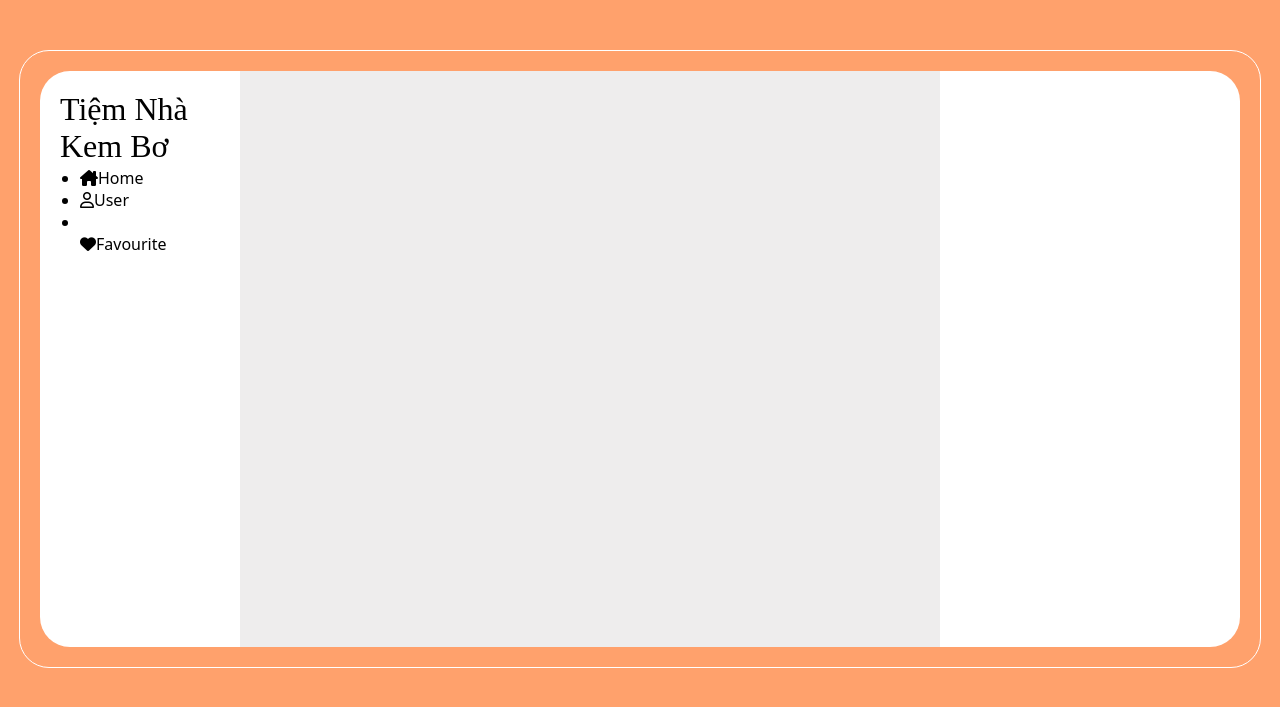
Repository: hnguyeng/tiemnhabo
Page: index.html
These files come from the project's save history. The page is drawn as it stood at one moment and after the next save; the edit follows.
The browser window is 1280 px wide. The pictures show the whole page.

Above is the page before, as saved 2022-12-13 01:00:41.

After the next save:
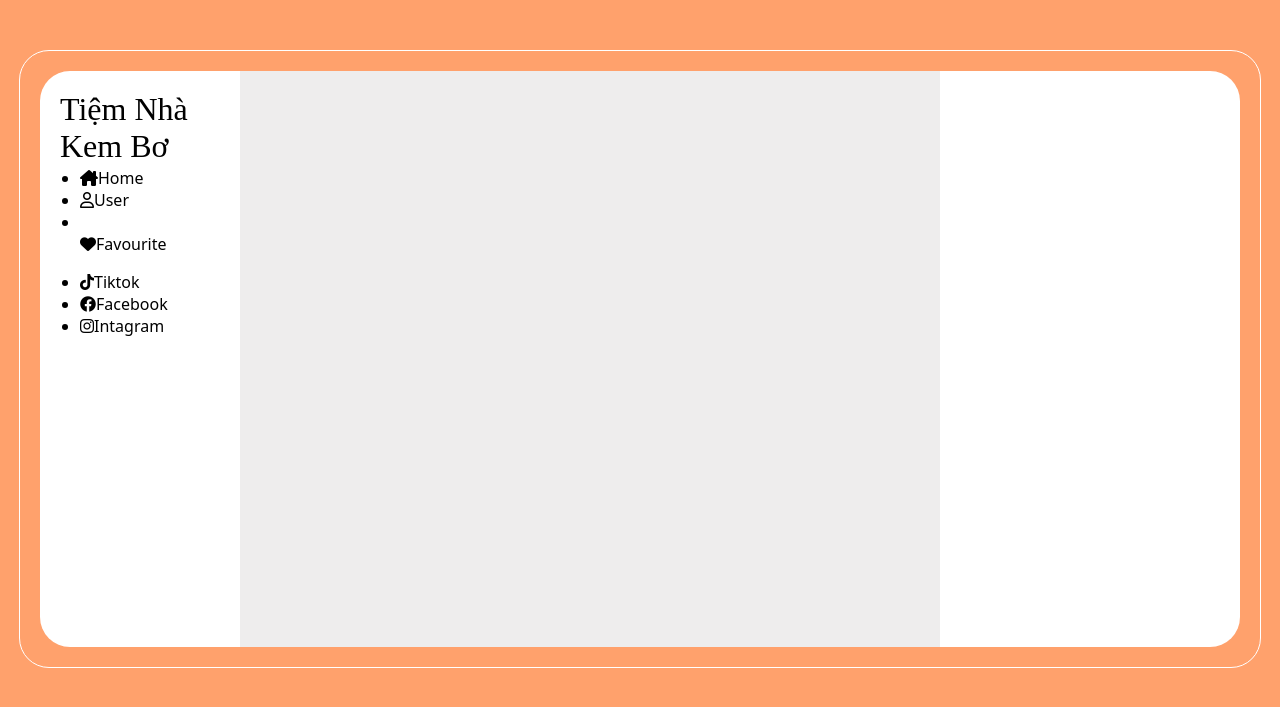
Saved 16 s later.
--- a/index.html
+++ b/index.html
@@ -19,6 +19,11 @@
                 <li><i class="fa-regular fa-user"></i>User</li>
                 <li></li><i class="fa-solid fa-heart"></i>Favourite</li>
             </ul>
+            <ul>
+                <li><i class="fa-brands fa-tiktok"></i>Tiktok</li>
+                <li><i class="fa-brands fa-facebook"></i>Facebook</li>
+                <li><i class="fa-brands fa-instagram"></i>Intagram</li>
+            </ul>
         </div>
         <div class="center"></div>
         <div class="cart"></div>
